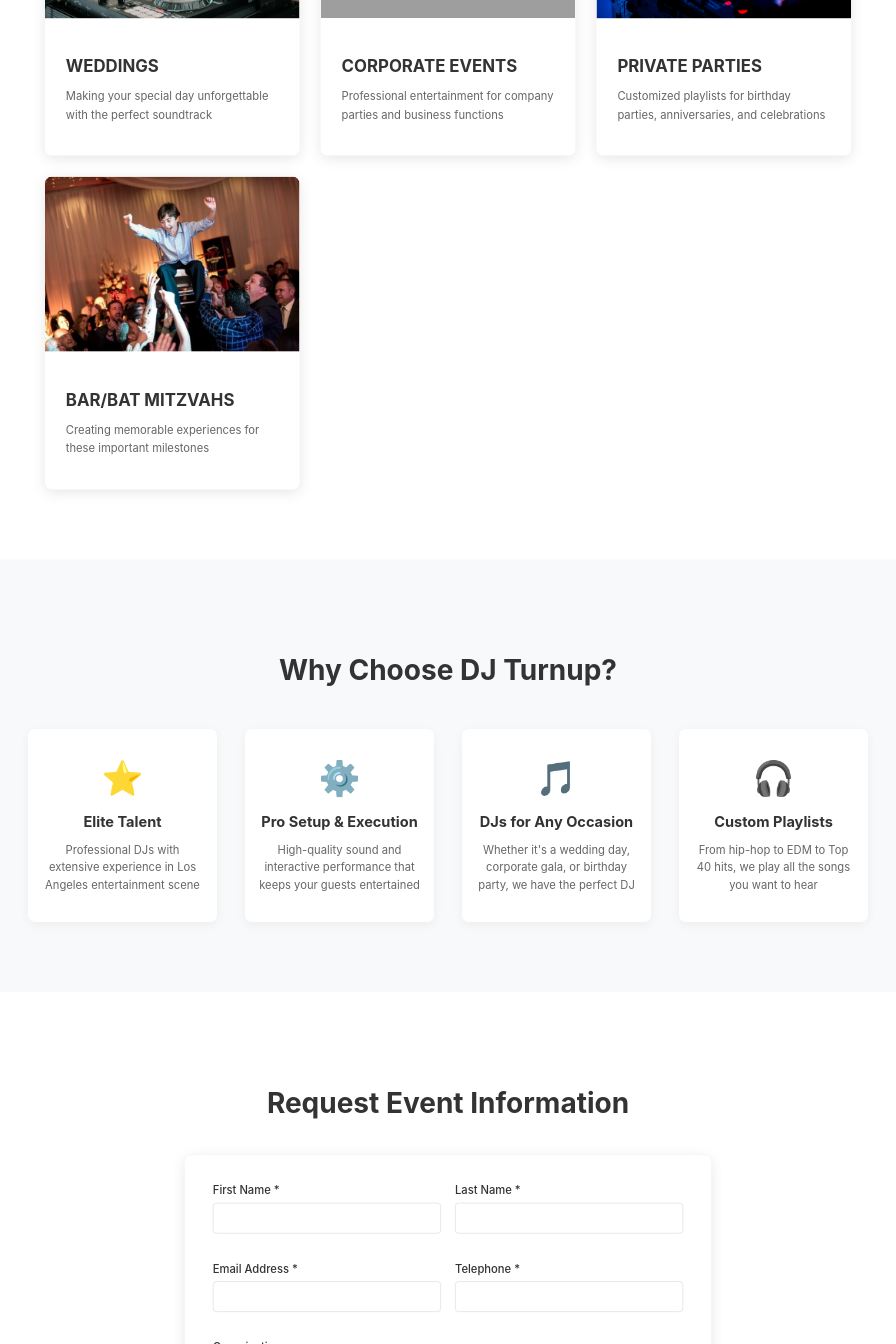
Repository: djdjdallas/djturnup
Page: /
These files come from the project's save history. The page is drawn as it stood at one moment and after the next save; the edit follows.
The browser window is 1280 px wide. The pictures show the part of the page from y = 1265 to 3185 px (the page is 4301 px tall), at 70% of full size.
Pictures or frames that could not be fetched are drawn as grey boxes. The project was rebuilt for these pictures with package versions that can differ from the ones it lists, and the page was loaded fresh each time. The framework's server and built-in components were replaced by stand-ins that run in the browser. Also part of the build but not shown: next.config.mjs.

Above is the page before, as saved 2025-05-19 21:42:32.

### src/app/layout.js
import "./styles/globals.css";

export const metadata = {
  title: "Mobile DJ LA - Los Angeles DJ Services",
  description: "Professional DJ services in Los Angeles and surrounding areas",
};
export default function RootLayout({ children }) {
  return (
    <html lang="en">
      <body>{children}</body>
    </html>
  );
}

### src/app/styles/globals.css
html,
body {
  padding: 0;
  margin: 0;
  font-family: -apple-system, BlinkMacSystemFont, Segoe UI, Roboto, Oxygen,
    Ubuntu, Cantarell, Fira Sans, Droid Sans, Helvetica Neue, sans-serif;
  scroll-behavior: smooth;
}

* {
  box-sizing: border-box;
}

a {
  color: inherit;
  text-decoration: none;
}

### src/components/NavBar.js
"use client";

import React, { useState, useEffect } from "react";
import Image from "next/image";
import styles from "../app/styles/NavBar.module.css";

const NavBar = () => {
  const [isOpen, setIsOpen] = useState(false);
  const [imgError, setImgError] = useState(false);

  return (
    <nav className={styles.navbar}>
      <div className={styles.navContainer}>
        <div className={styles.navLogo}>
          <a href="#home" className={styles.logoLink}>
            <div className={styles.logoWrapper}>
              {!imgError ? (
                <Image
                  src="/logo.jpg"
                  alt="Mobile DJ LA Logo"
                  width={60}
                  height={60}
                  className={styles.logoImage}
                  priority
                  onError={() => setImgError(true)}
                />
              ) : (
                <div className={styles.logoFallback}>
                  <span>🎵</span>
                </div>
              )}
              <h2>MOBILE DJ LA</h2>
            </div>
          </a>
        </div>
        <div className={styles.navToggle} onClick={() => setIsOpen(!isOpen)}>
          <span className={styles.bar}></span>
          <span className={styles.bar}></span>
          <span className={styles.bar}></span>
        </div>
        <ul className={`${styles.navMenu} ${isOpen ? styles.active : ""}`}>
          <li className={styles.navItem}>
            <a href="#home" className={styles.navLinks}>
              HOME
            </a>
          </li>
          <li className={styles.navItem}>
            <a href="#services" className={styles.navLinks}>
              SERVICES
            </a>
          </li>
          <li className={styles.navItem}>
            <a href="#about" className={styles.navLinks}>
              ABOUT
            </a>
          </li>
          <li className={styles.navItem}>
            <a href="#contact" className={styles.navLinks}>
              CONTACT
            </a>
          </li>
        </ul>
      </div>
    </nav>
  );
};

export default NavBar;

### src/components/Hero.js
import styles from "../app/styles/Hero.module.css";

const Hero = () => {
  return (
    <div id="home" className={styles.hero}>
      {/* Hero background image */}
      <div className={styles.heroImage}>
        <img src="/dj-hero.jpg" alt="Mobile DJ LA performing" />
      </div>

      {/* Dark overlay for better text readability */}
      <div className={styles.heroOverlay}></div>

      <div className={styles.heroContent}>
        <div className={styles.heroText}>
          <h1>TURN UP THE ENERGY</h1>
          <p>
            Los Angeles' Premier Mobile DJ service bringing the beats that make
            your event unforgettable
          </p>
          <button className={styles.heroButton}>GET A QUOTE</button>
        </div>
      </div>
    </div>
  );
};

export default Hero;

### src/components/Services.js
import styles from '../app/styles/Services.module.css';

const Services = () => {
  const services = [
    {
      title: 'WEDDINGS',
      description: 'Making your special day unforgettable with the perfect soundtrack',
      image: '/wedding-dj.jpg'
    },
    {
      title: 'CORPORATE EVENTS',
      description: 'Professional entertainment for company parties and business functions',
      image: '/corporate-dj.jpg'
    },
    {
      title: 'PRIVATE PARTIES',
      description: 'Customized playlists for birthday parties, anniversaries, and celebrations',
      image: '/private-party-dj.jpg'
    },
    {
      title: 'BAR/BAT MITZVAHS',
      description: 'Creating memorable experiences for these important milestones',
      image: '/mitzvah-dj.jpg'
    }
  ];

  return (
    <div id="services" className={styles.services}>
      <h2 className={styles.servicesTitle}>OUR SERVICES</h2>
      <div className={styles.servicesGrid}>
        {services.map((service, index) => (
          <div key={index} className={styles.serviceCard}>
            <div className={styles.serviceImage}>
              <img src={service.image} alt={service.title} />
            </div>
            <div className={styles.serviceContent}>
              <h3>{service.title}</h3>
              <p>{service.description}</p>
            </div>
          </div>
        ))}
      </div>
    </div>
  );
};

export default Services;

### src/components/Features.js
import styles from '../app/styles/Features.module.css';

const Features = () => {
  const features = [
    {
      title: 'Elite Talent',
      description: 'Professional DJs with extensive experience in Los Angeles entertainment scene',
      icon: '⭐'
    },
    {
      title: 'Pro Setup & Execution',
      description: 'High-quality sound and interactive performance that keeps your guests entertained',
      icon: '⚙️'
    },
    {
      title: 'DJs for Any Occasion',
      description: 'Whether it\'s a wedding day, corporate gala, or birthday party, we have the perfect DJ',
      icon: '🎵'
    },
    {
      title: 'Custom Playlists',
      description: 'From hip-hop to EDM to Top 40 hits, we play all the songs you want to hear',
      icon: '🎧'
    }
  ];

  return (
    <div id="about" className={styles.features}>
      <h2 className={styles.featuresTitle}>Why Choose DJ Turnup?</h2>
      <div className={styles.featuresGrid}>
        {features.map((feature, index) => (
          <div key={index} className={styles.featureCard}>
            <div className={styles.featureIcon}>{feature.icon}</div>
            <h3>{feature.title}</h3>
            <p>{feature.description}</p>
          </div>
        ))}
      </div>
    </div>
  );
};

export default Features;

### src/components/Footer.js
import styles from "../app/styles/Footer.module.css";

const Footer = () => {
  return (
    <footer className={styles.footer}>
      <div className={styles.footerContent}>
        <div className={styles.footerSection}>
          <h3>Mobile DJ LA</h3>
          <p>Professional DJ services in Los Angeles and surrounding areas</p>
          <p>Call: (818) 693-2296</p>
          <p>Email: dj.turnupmusic@gmail.com</p>
        </div>
        <div className={styles.footerSection}>
          <h4>Services</h4>
          <ul>
            <li>Weddings</li>
            <li>Corporate Events</li>
            <li>Private Parties</li>
            <li>Bar/Bat Mitzvahs</li>
          </ul>
        </div>
        <div className={styles.footerSection}>
          <h4>Contact</h4>
          <ul>
            <li>Los Angeles, CA</li>
            <li>Call: (818) 693-2296</li>
            <li>dj.turnupmusic@gmail.com</li>
          </ul>
        </div>
      </div>
      <div className={styles.footerBottom}>
        <p>&copy; 2024 Mobile DJ LA. All rights reserved.</p>
      </div>
    </footer>
  );
};

export default Footer;

### src/app/styles/NavBar.module.css
/* src/app/styles/NavBar.module.css */
.navbar {
  background-color: #1a1a1a; /* Dark modern color */
  height: 80px;
  display: flex;
  justify-content: center;
  align-items: center;
  position: fixed;
  top: 0;
  width: 100%;
  z-index: 1000;
  box-shadow: 0 2px 10px rgba(0,0,0,0.3);
}

.navContainer {
  display: flex;
  justify-content: space-between;
  align-items: center;
  height: 80px;
  width: 100%;
  max-width: 1200px;
  padding: 0 24px;
}


.navLogo:hover {
  text-shadow: 0 0 15px rgba(255, 215, 0, 0.5);
  transform: scale(1.05);
}

.navMenu {
  display: flex;
  list-style: none;
  gap: 30px;
  margin: 0;
  padding: 0;
}

.navItem {
  height: 80px;
  display: flex;
  align-items: center;
}

.navLinks {
  color: white;
  font-weight: 500;
  text-decoration: none;
  padding: 0.5rem 1rem;
  transition: all 0.3s ease;
  border-radius: 4px;
  position: relative;
}

.navLinks:hover {
  color: #FFD700;
  background-color: rgba(255, 215, 0, 0.1);
}

.navLinks::after {
  content: '';
  position: absolute;
  bottom: 0;
  left: 50%;
  transform: translateX(-50%);
  width: 0;
  height: 2px;
  background-color: #FFD700;
  transition: width 0.3s ease;
}

.navLinks:hover::after {
  width: 80%;
}

.navToggle {
  display: none;
  flex-direction: column;
  cursor: pointer;
}

.bar {
  width: 25px;
  height: 3px;
  margin: 3px 0;
  transition: 0.3s;
  background-color: white;
}

@media screen and (max-width: 768px) {
  .navMenu {
    display: flex;
    flex-direction: column;
    width: 100%;
    height: auto;
    position: absolute;
    top: 80px;
    left: -100%;
    opacity: 0;
    transition: all 0.5s ease;
    background-color: #1a1a1a;
    border-top: 1px solid rgba(255, 215, 0, 0.2);
  }

  .navMenu.active {
    background: #1a1a1a;
    left: 0;
    opacity: 1;
    transition: all 0.5s ease;
    z-index: 1;
  }

  .navItem {
    height: 60px;
    border-bottom: 1px solid rgba(255, 215, 0, 0.1);
  }

  .navToggle {
    display: flex;
  }

  .navLinks {
    padding: 1rem;
    width: 100%;
    text-align: center;
  }
}
/* Add these new styles to src/app/styles/NavBar.module.css */

.logoLink {
  text-decoration: none;
  display: flex;
  align-items: center;
}

.logoWrapper {
  display: flex;
  align-items: center;
  gap: 12px;
}

.logoImage {
  border-radius: 50%;
  object-fit: cover;
  transition: transform 0.3s ease;
}

.logoImage:hover {
  transform: scale(1.05);
}

/* You might need to adjust the existing .navLogo style to accommodate the logo */
.navLogo {
  color: #FFD700; /* Gold accent color */
  cursor: pointer;
  display: flex;
  align-items: center;
  font-weight: bold;
  text-shadow: 0 0 10px rgba(255, 215, 0, 0.3);
  transition: all 0.3s ease;
}

/* Mobile responsive adjustments */
@media screen and (max-width: 768px) {
  .logoWrapper {
    gap: 8px;
  }

  .logoImage {
    width: 45px;
    height: 45px;
  }

  .navLogo h2 {
    font-size: 1.5rem;
  }
}

/* Add these styles to your src/app/styles/NavBar.module.css */

.logoFallback {
  width: 60px;
  height: 60px;
  background-color: #333;
  border-radius: 50%;
  display: flex;
  align-items: center;
  justify-content: center;
  font-size: 30px;
}

@media screen and (max-width: 768px) {
  .logoFallback {
    width: 45px;
    height: 45px;
    font-size: 24px;
  }
}

### src/app/styles/Hero.module.css
/* src/app/styles/Hero.module.css */
.hero {
  height: 100vh;
  display: flex;
  align-items: center;
  justify-content: center;
  position: relative;
  margin-top: 80px;
  overflow: hidden;
}

.heroImage {
  position: absolute;
  top: 0;
  left: 0;
  width: 100%;
  height: 100%;
  z-index: 1;
}

.heroImage img {
  width: 100%;
  height: 100%;
  object-fit: cover;
  object-position: center;
}

.heroOverlay {
  position: absolute;
  top: 0;
  left: 0;
  width: 100%;
  height: 100%;
  background: rgba(0, 0, 0, 0.5);
  z-index: 2;
}

.heroContent {
  text-align: center;
  z-index: 3;
  max-width: 1200px;
  padding: 0 24px;
  position: relative;
}

.heroText {
  color: white;
}

.heroText h1 {
  font-size: 4rem;
  margin-bottom: 1rem;
  text-shadow: 2px 2px 4px rgba(0,0,0,0.5);
  font-weight: bold;
  letter-spacing: 1px;
  text-transform: uppercase;
}

.heroText p {
  font-size: 1.25rem;
  margin-bottom: 2rem;
  opacity: 0.9;
  text-shadow: 1px 1px 2px rgba(0,0,0,0.5);
  max-width: 600px;
  margin-left: auto;
  margin-right: auto;
}

.heroButton {
  padding: 16px 40px;
  font-size: 1.1rem;
  background-color: #FFD700;
  color: #000;
  border: none;
  border-radius: 50px;
  cursor: pointer;
  font-weight: 700;
  transition: all 0.3s ease;
  box-shadow: 0 4px 15px rgba(255, 215, 0, 0.3);
  text-transform: uppercase;
  letter-spacing: 1px;
}

.heroButton:hover {
  transform: translateY(-2px) scale(1.05);
  box-shadow: 0 6px 25px rgba(255, 215, 0, 0.5);
  background-color: #FFA500;
}

.heroButton:active {
  transform: translateY(0) scale(1);
}

@media screen and (max-width: 768px) {
  .heroText h1 {
    font-size: 2.5rem;
  }

  .heroText p {
    font-size: 1rem;
    margin-bottom: 1.5rem;
  }

  .heroButton {
    padding: 14px 32px;
    font-size: 1rem;
  }
}

### src/app/styles/Services.module.css
.services {
  padding: 100px 24px;
  max-width: 1200px;
  margin: 0 auto;
}

.servicesTitle {
  text-align: center;
  font-size: 2.5rem;
  margin-bottom: 60px;
  color: #333;
}

.servicesGrid {
  display: grid;
  grid-template-columns: repeat(auto-fit, minmax(280px, 1fr));
  gap: 30px;
}

.serviceCard {
  background: white;
  border-radius: 10px;
  overflow: hidden;
  box-shadow: 0 4px 20px rgba(0,0,0,0.1);
  transition: transform 0.3s ease;
}

.serviceCard:hover {
  transform: translateY(-5px);
}

.serviceImage {
  height: 250px;
  overflow: hidden;
}

.serviceImage img {
  width: 100%;
  height: 100%;
  object-fit: cover;
}

.serviceContent {
  padding: 30px;
}

.serviceContent h3 {
  font-size: 1.5rem;
  margin-bottom: 10px;
  color: #333;
}

.serviceContent p {
  color: #666;
  line-height: 1.6;
}

### src/app/styles/Features.module.css
.features {
  background-color: #f8f9fa;
  padding: 100px 24px;
}

.featuresTitle {
  text-align: center;
  font-size: 2.5rem;
  margin-bottom: 60px;
  color: #333;
}

.featuresGrid {
  display: grid;
  grid-template-columns: repeat(auto-fit, minmax(250px, 1fr));
  gap: 40px;
  max-width: 1200px;
  margin: 0 auto;
}

.featureCard {
  text-align: center;
  background: white;
  padding: 40px 20px;
  border-radius: 10px;
  box-shadow: 0 4px 15px rgba(0,0,0,0.05);
  transition: transform 0.3s ease;
}

.featureCard:hover {
  transform: translateY(-5px);
}

.featureIcon {
  font-size: 3rem;
  margin-bottom: 20px;
}

.featureCard h3 {
  font-size: 1.3rem;
  margin-bottom: 15px;
  color: #333;
}

.featureCard p {
  color: #666;
  line-height: 1.6;
  margin: 0;
}

### src/app/styles/Contact.module.css
.contact {
  padding: 100px 24px;
  max-width: 800px;
  margin: 0 auto;
}

.contactTitle {
  text-align: center;
  font-size: 2.5rem;
  margin-bottom: 50px;
  color: #333;
}

.contactForm {
  background: white;
  padding: 40px;
  border-radius: 10px;
  box-shadow: 0 4px 20px rgba(0,0,0,0.1);
}

.formRow {
  display: grid;
  grid-template-columns: 1fr 1fr;
  gap: 20px;
  margin-bottom: 20px;
}

.formGroup {
  margin-bottom: 20px;
}

.formGroup label {
  display: block;
  margin-bottom: 8px;
  color: #333;
  font-weight: 500;
}

.formGroup input,
.formGroup select {
  width: 100%;
  padding: 12px;
  border: 1px solid #ddd;
  border-radius: 5px;
  font-size: 1rem;
}

.formGroup input:focus,
.formGroup select:focus {
  outline: none;
  border-color: #00c9c0;
}

.checkboxGroup {
  display: grid;
  grid-template-columns: repeat(auto-fit, minmax(200px, 1fr));
  gap: 10px;
  margin-top: 10px;
}

.checkboxLabel {
  display: flex;
  align-items: center;
  gap: 8px;
  cursor: pointer;
}

.checkboxLabel input[type="checkbox"] {
  width: auto;
}

.submitButton {
  background-color: #9B59B6;
  color: white;
  border: none;
  padding: 15px 40px;
  font-size: 1.1rem;
  border-radius: 30px;
  cursor: pointer;
  transition: all 0.3s ease;
  display: block;
  margin: 30px auto 0;
  font-weight: 600;
}

.submitButton:hover {
  background-color: #8E44AD;
  transform: translateY(-2px);
}

@media screen and (max-width: 768px) {
  .formRow {
    grid-template-columns: 1fr;
  }

  .contactForm {
    padding: 30px;
  }
}
/* Add to src/app/styles/Contact.module.css */
.statusMessage {
  padding: 15px;
  border-radius: 5px;
  margin-bottom: 20px;
  text-align: center;
}

.successMessage {
  background-color: #d4edda;
  color: #155724;
  border: 1px solid #c3e6cb;
}

.errorMessage {
  background-color: #f8d7da;
  color: #721c24;
  border: 1px solid #f5c6cb;
}

### src/app/styles/Footer.module.css
.footer {
  background-color: #333;
  color: white;
  padding: 60px 24px 20px;
}

.footerContent {
  display: grid;
  grid-template-columns: repeat(auto-fit, minmax(250px, 1fr));
  gap: 40px;
  max-width: 1200px;
  margin: 0 auto;
  margin-bottom: 40px;
}

.footerSection h3,
.footerSection h4 {
  margin-bottom: 20px;
}

.footerSection ul {
  list-style: none;
  padding: 0;
  margin: 0;
}

.footerSection li {
  margin-bottom: 10px;
  color: #ccc;
}

.footerBottom {
  text-align: center;
  padding-top: 30px;
  border-top: 1px solid #555;
  color: #ccc;
  max-width: 1200px;
  margin: 0 auto;
}

Loaded but not shown: src/app/page.js (common file); src/components/Contact.js (279 lines, source omitted)

After the next save:
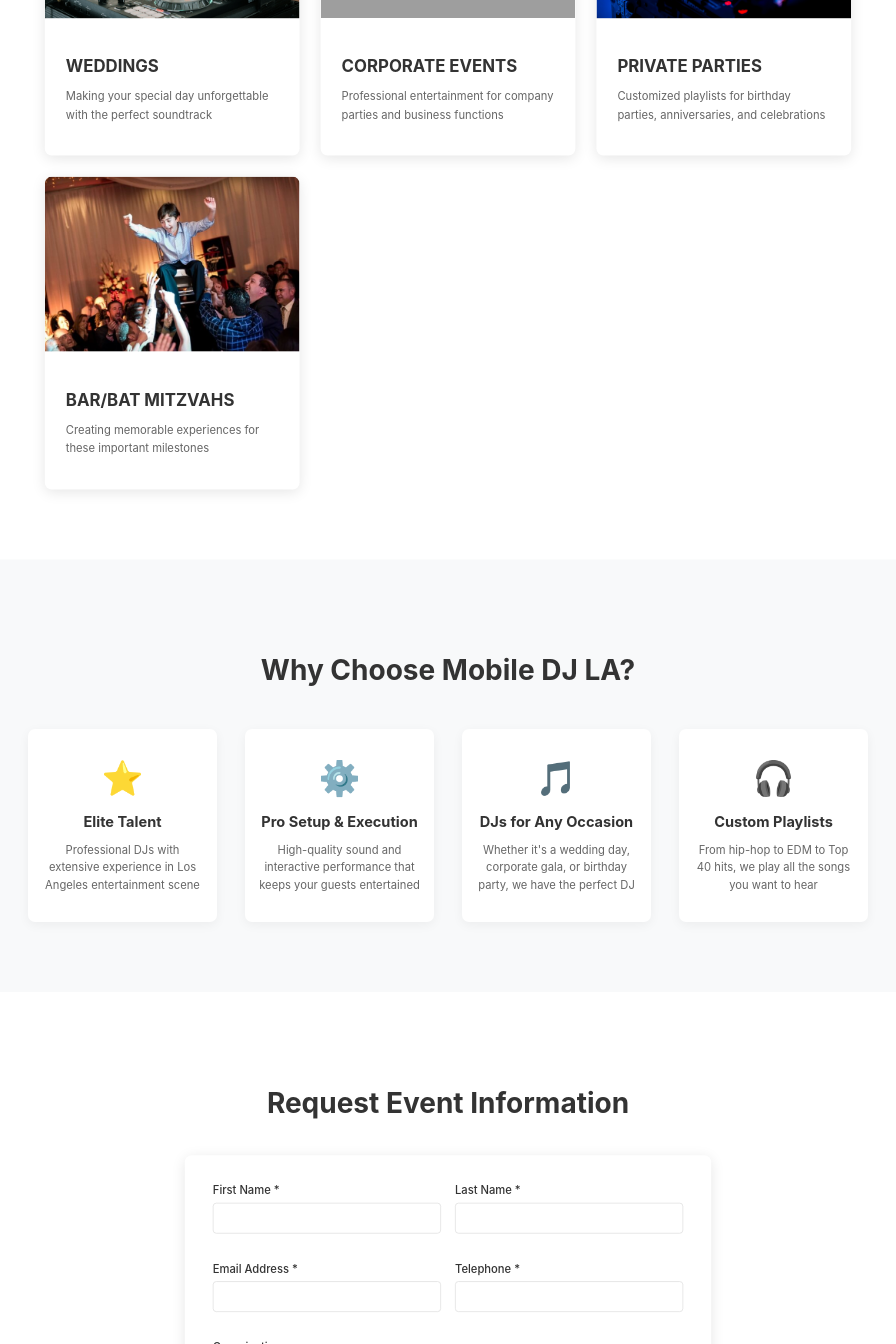
Saved 2 s later.
--- a/src/components/Features.js
+++ b/src/components/Features.js
@@ -1,32 +1,36 @@
-import styles from '../app/styles/Features.module.css';
+import styles from "../app/styles/Features.module.css";
 
 const Features = () => {
   const features = [
     {
-      title: 'Elite Talent',
-      description: 'Professional DJs with extensive experience in Los Angeles entertainment scene',
-      icon: '⭐'
+      title: "Elite Talent",
+      description:
+        "Professional DJs with extensive experience in Los Angeles entertainment scene",
+      icon: "⭐",
     },
     {
-      title: 'Pro Setup & Execution',
-      description: 'High-quality sound and interactive performance that keeps your guests entertained',
-      icon: '⚙️'
+      title: "Pro Setup & Execution",
+      description:
+        "High-quality sound and interactive performance that keeps your guests entertained",
+      icon: "⚙️",
     },
     {
-      title: 'DJs for Any Occasion',
-      description: 'Whether it\'s a wedding day, corporate gala, or birthday party, we have the perfect DJ',
-      icon: '🎵'
+      title: "DJs for Any Occasion",
+      description:
+        "Whether it's a wedding day, corporate gala, or birthday party, we have the perfect DJ",
+      icon: "🎵",
     },
     {
-      title: 'Custom Playlists',
-      description: 'From hip-hop to EDM to Top 40 hits, we play all the songs you want to hear',
-      icon: '🎧'
-    }
+      title: "Custom Playlists",
+      description:
+        "From hip-hop to EDM to Top 40 hits, we play all the songs you want to hear",
+      icon: "🎧",
+    },
   ];
 
   return (
     <div id="about" className={styles.features}>
-      <h2 className={styles.featuresTitle}>Why Choose DJ Turnup?</h2>
+      <h2 className={styles.featuresTitle}>Why Choose Mobile DJ LA?</h2>
       <div className={styles.featuresGrid}>
         {features.map((feature, index) => (
           <div key={index} className={styles.featureCard}>
